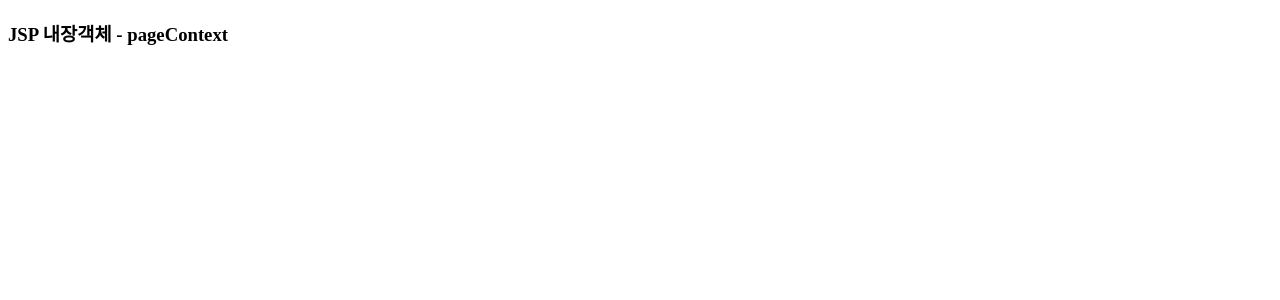
Repository: 2017112847/Jsp
Page: http://localhost/ch03/3_pageContext.jsp
The author's editor kept a copy of each file at every save. The page is drawn from the files as they stood at one save, then again after the next save.
The browser window is 1280 px wide. The pictures show the whole page.
The page is served by Tomcat 9.

Above is the page before, as saved 2025-07-28 06:33:15.

After the next save:
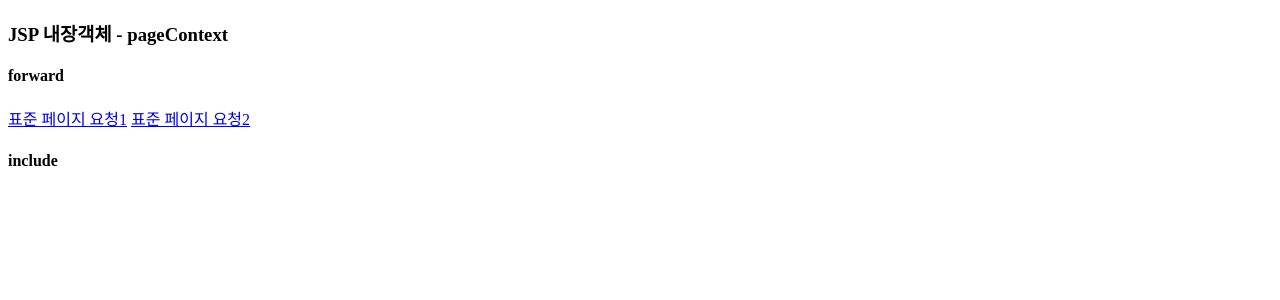
Saved 104 s later.
--- a/ch03/src/main/webapp/3_pageContext.jsp
+++ b/ch03/src/main/webapp/3_pageContext.jsp
@@ -8,6 +8,11 @@
 </head>
 <body>
 	<h3>JSP 내장객체 - pageContext</h3>
+	<h4>forward</h4>
+	<a href = "./proc/forword1.jsp">표준 페이지 요청1</a>
+	<a href = "./proc/forword2.jsp">표준 페이지 요청2</a>
+
+	<h4>include</h4>
 
 </body>
 </html>
